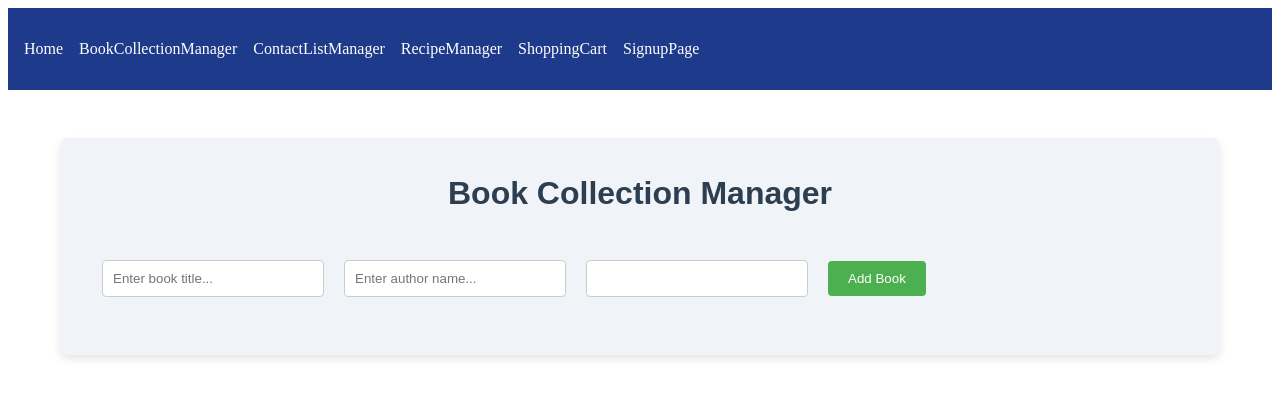
Repository: Miro193/cm1
Page: /#/books
The author's editor kept a copy of each file at every save. The page is drawn from the files as they stood at one save, then again after the next save.
The browser window is 1280 px wide. The pictures show the whole page.
The project was rebuilt for these pictures with package versions that can differ from the ones it lists, and the page was loaded fresh each time. Also part of the build but not shown: vite.config.js, src/index.css, src/components/Home.jsx, src/components/NotFound.jsx, src/components/ContactListManager/ContactListManager.css, src/components/ContactListManager/ContactListManager.jsx, src/components/RecipeManager/RecipeManager.jsx, src/components/ShoppingCart/ShoppingCart.css and 3 more.

Above is the page before, as saved 2025-02-07 10:57:28.

### index.html
<!doctype html>
<html lang="en">
  <head>
    <meta charset="UTF-8" />
    <link rel="icon" type="image/svg+xml" href="/vite.svg" />
    <meta name="viewport" content="width=device-width, initial-scale=1.0" />
    <title>Coding Marathon</title>
  </head>
  <body>
    <div id="root"></div>
    <script type="module" src="/src/main.jsx"></script>
  </body>
</html>

### src/App.jsx
import React from "react";
import { HashRouter, Route, Routes } from "react-router-dom";
import Layout from "./components/Layout";
import Home from "./components/Home";
import NotFound from "./components/NotFound";
import BookCollectionManager from "./components/BookCollectionManager/BookCollectionManager";
import ContactListManager from "./components/ContactListManager/ContactListManager";
import RecipeManager from "./components/RecipeManager/RecipeManager"
import ShoppingCart from "./components/ShoppingCart/ShoppingCart"
import SignupPage from "./components/SignupPage/SignupPage"

function App() {
  return (
    <HashRouter>
      <Routes>
        <Route path="/" element={<Layout />}>
          <Route index element={<Home />} />
          <Route path="books" element={<BookCollectionManager />} />
          <Route path="contacts" element={<ContactListManager />} />
          <Route path="recipes" element={<RecipeManager />} />
          <Route path="shoppingcart" element={<ShoppingCart />} />
          <Route path="signup" element={<SignupPage />} />
          <Route path="*" element={<NotFound />} />
        </Route>
      </Routes>
    </HashRouter>
  );
}

export default App;

### src/components/Layout.jsx
import { Outlet, Link } from "react-router-dom";
import "./Layout.css";

const Layout = () => {
  return (
    <>
      <nav className="navbar">
        <ul>
          <li>
            <Link to="/">Home</Link>
          </li>
          <li>
            <Link to="/books">BookCollectionManager</Link>
          </li>
          <li>
            <Link to="/contacts">ContactListManager</Link>
          </li>
          <li>
            <Link to="/recipes">RecipeManager</Link>
          </li>
          <li>
            <Link to="/shoppingcart">ShoppingCart</Link>
          </li>
          <li>
            <Link to="/signup">SignupPage</Link>
          </li>
        </ul>
      </nav>

      <main className="page-content">
        <Outlet />
      </main>
    </>
  );
};

export default Layout;

### src/components/BookCollectionManager/BookCollectionManager.jsx
import React, { useState } from "react";
import "./BookCollectionManager.css"

function BookCollectionManager() {
  const [books, setBooks] = useState([]);
  const [title, setTitle] = useState("");
  const [author, setAuthor] = useState("");
  const [ year, setYear] = useState("");

  // Handle input change for title
  function handleTitleChange(event) {
    setTitle(event.target.value);
  }

  // Handle input change for author
  function handleAuthorChange(event) {
    setAuthor(event.target.value);
  }
  function handleYearChange(event) {
    setYear(event.target.value);
  }

  // Add a new book to the list
  function addBook() {
    if (title.trim() !== "" && author.trim() !== "" && year.trim() !== "") {
      setBooks((b) => [...b, { title, author }]);
      setTitle("");
      setAuthor("");
      setYear(""); // Clear the input fields
    }
  }

  // Delete a book from the list
  function deleteBook(index) {
    const updatedBooks = books.filter((_, i) => i !== index);
    setBooks(updatedBooks);
  }

  return (
    <div className="book-collection">
      <h1>Book Collection Manager</h1>
      <div>
        <input
          type="text"
          placeholder="Enter book title..."
          value={title}
          onChange={handleTitleChange}
        />
        <input
          type="text"
          placeholder="Enter author name..."
          value={author}
          onChange={handleAuthorChange}
        />
        <input
          type="text"
          placeholder=""
        />
        <button onClick={addBook}>Add Book</button>
      </div>
      <ol>
        {books.map((book, index) => (
          <li key={index}>
            {book.title} by {book.author}
            <button onClick={() => deleteBook(index)}>Delete</button>
          </li>
        ))}
      </ol>
    </div>
  );
}

export default BookCollectionManager;

### src/components/Layout.css
nav {
  background-color: #1E3A8A; /* Blue background */
  color: #fff;
  padding: 1rem;
}

ul {
  list-style: none;
  padding: 0;
}

li {
  display: inline;
  margin-right: 1rem;
}

.navbar a {
  text-decoration: none;
  color: #fff;
}

.navbar a:hover {
  color: #93C5FD; /* Light blue hover color */
}

.active {
  font-weight: bold;
}


.page-content {
  padding: 2rem;
}

.page-content h1 {
  font-size: 2rem;
  color: #1E3A8A; /* Blue color */
}

.page-content p {
  font-size: 1rem;
  color: #333;
}

.page-content div {
  margin-top: 1rem;
  padding: 1rem;
  background-color: #f0f4f8;
}

### src/components/BookCollectionManager/BookCollectionManager.css
.book-collection {
    font-family: Arial, sans-serif;
    margin: 20px;
    padding: 20px;
    background-color: #f4f4f9;
    border-radius: 8px;
    box-shadow: 0 4px 8px rgba(0, 0, 0, 0.1);
  }

  .book-collection h1 {
    text-align: center;
    color: #2d3e50;
  }

  .book-collection input {
    padding: 10px;
    margin: 10px;
    width: 200px;
    border-radius: 4px;
    border: 1px solid #ccc;
  }

  .book-collection button {
    padding: 10px 20px;
    margin: 10px;
    background-color: #4CAF50;
    color: white;
    border: none;
    border-radius: 4px;
    cursor: pointer;
  }

  .book-collection button:hover {
    background-color: #45a049;
  }

  .book-collection ol {
    padding-left: 20px;
  }

  .book-collection li {
    padding: 8px;
    background-color: #fff;
    margin: 5px 0;
    border-radius: 4px;
    box-shadow: 0 2px 4px rgba(0, 0, 0, 0.1);
    display: flex;
    justify-content: space-between;
    align-items: center;
  }

  .book-collection li button {
    background-color: #e74c3c;
    border-radius: 50%;
    border: none;
    color: white;
    cursor: pointer;
  }

  .book-collection li button:hover {
    background-color: #c0392b;
  }

Loaded but not shown: src/main.jsx (common file); src/components/SignupPage/SignupPage.css (no copy from this time; the picture is the same without it)

After the next save:
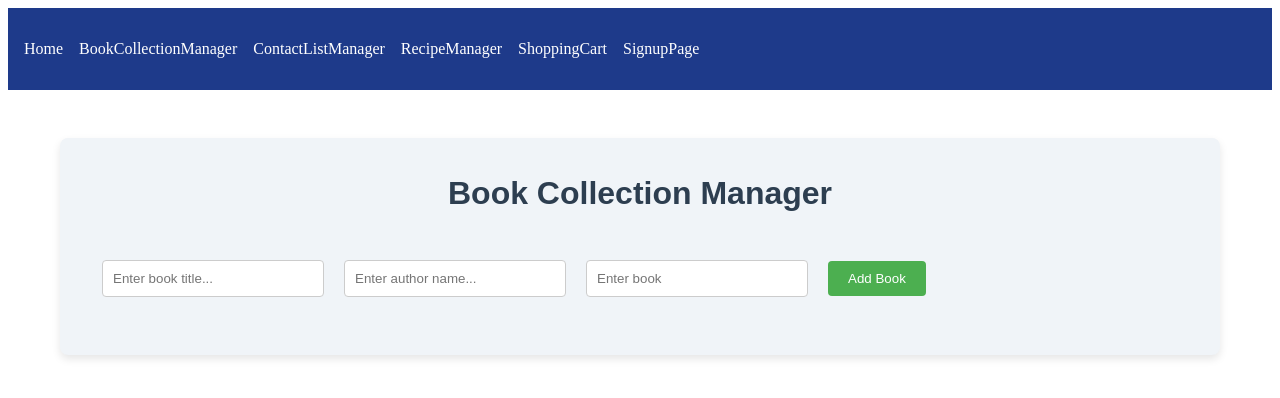
Saved 4 s later.
--- a/src/components/BookCollectionManager/BookCollectionManager.jsx
+++ b/src/components/BookCollectionManager/BookCollectionManager.jsx
@@ -54,7 +54,7 @@ function BookCollectionManager() {
         />
         <input
           type="text"
-          placeholder=""
+          placeholder="Enter book "
         />
         <button onClick={addBook}>Add Book</button>
       </div>
